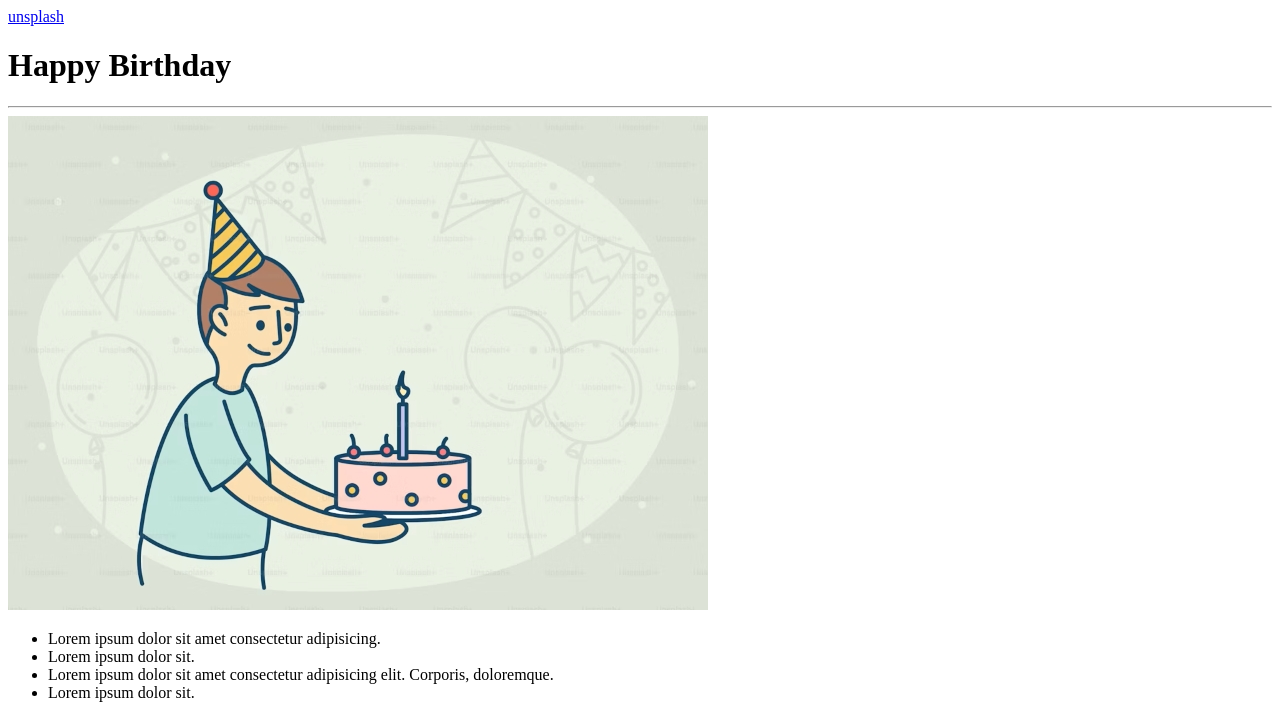
Repository: nguyendonghieu1011-png/project2
Page: index.html
The author's editor kept a copy of each file at every save. The page is drawn from the files as they stood at one save, then again after the next save.
The browser window is 1280 px wide. The pictures show the whole page.

Above is the page before, as saved 2025-11-05 21:11:49.

After the next save:
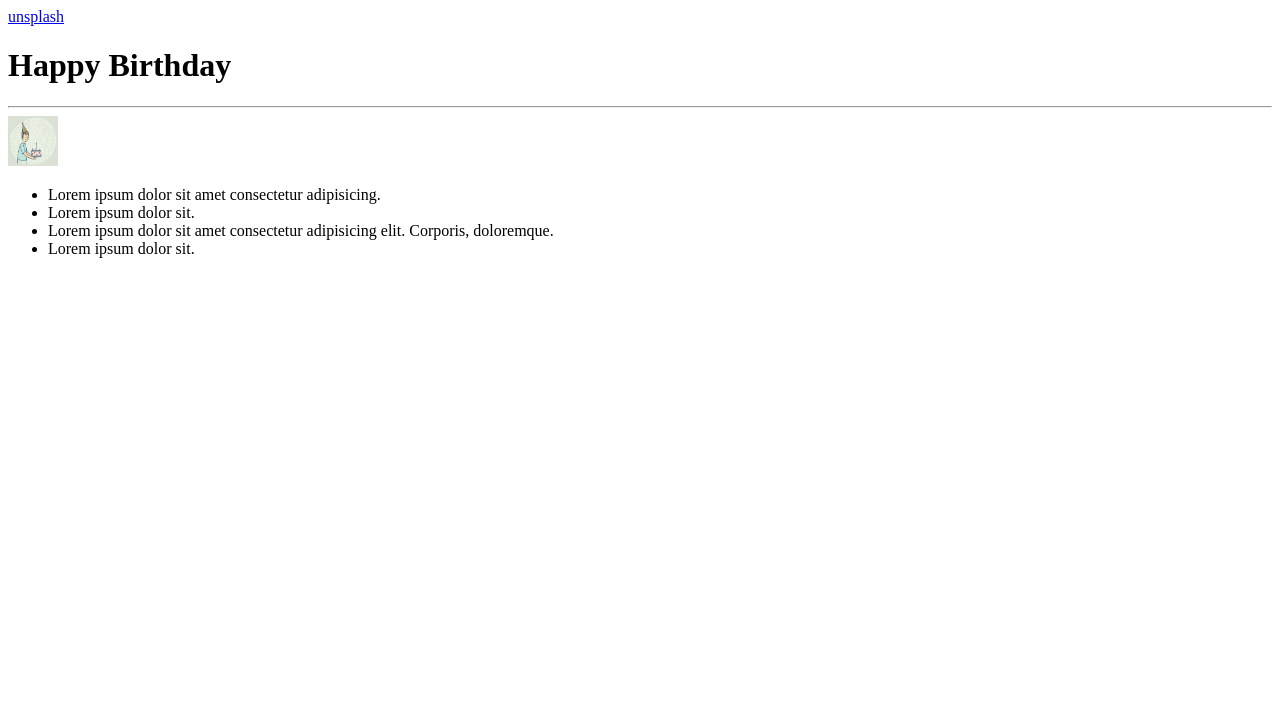
Saved 21 s later.
--- a/index.html
+++ b/index.html
@@ -10,7 +10,7 @@
 
     <h1>Happy Birthday</h1>
     <hr />
-    <img src="img/happtybirthday.jpg" alt="cake" width="" />
+    <img src="img/happtybirthday.jpg" alt="cake" width="50" height="50" />
   </body>
 
   <ul>
